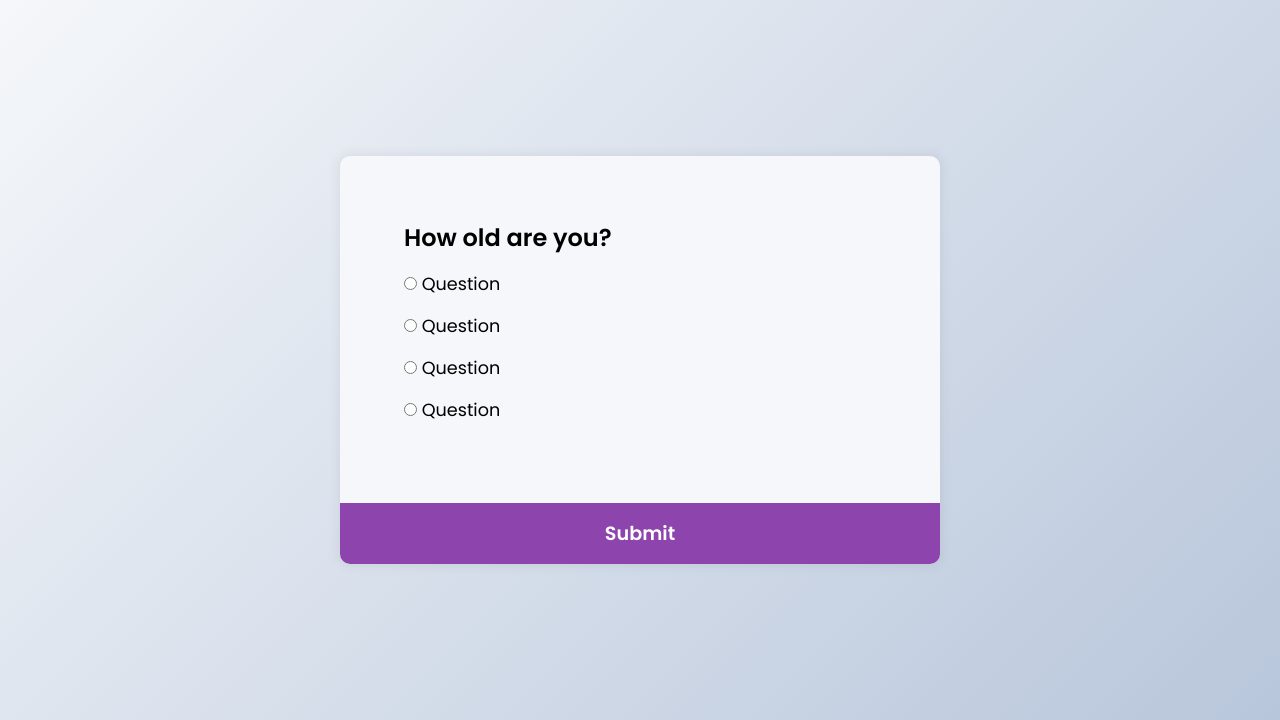
Repository: sevilgenysf/javascript-two
Page: index.html
These files come from the project's save history. The page is drawn as it stood at one moment and after the next save; the edit follows.
The browser window is 1280 px wide. The pictures show the whole page.

Above is the page before, as saved 2022-02-27 15:33:30.

After the next save:
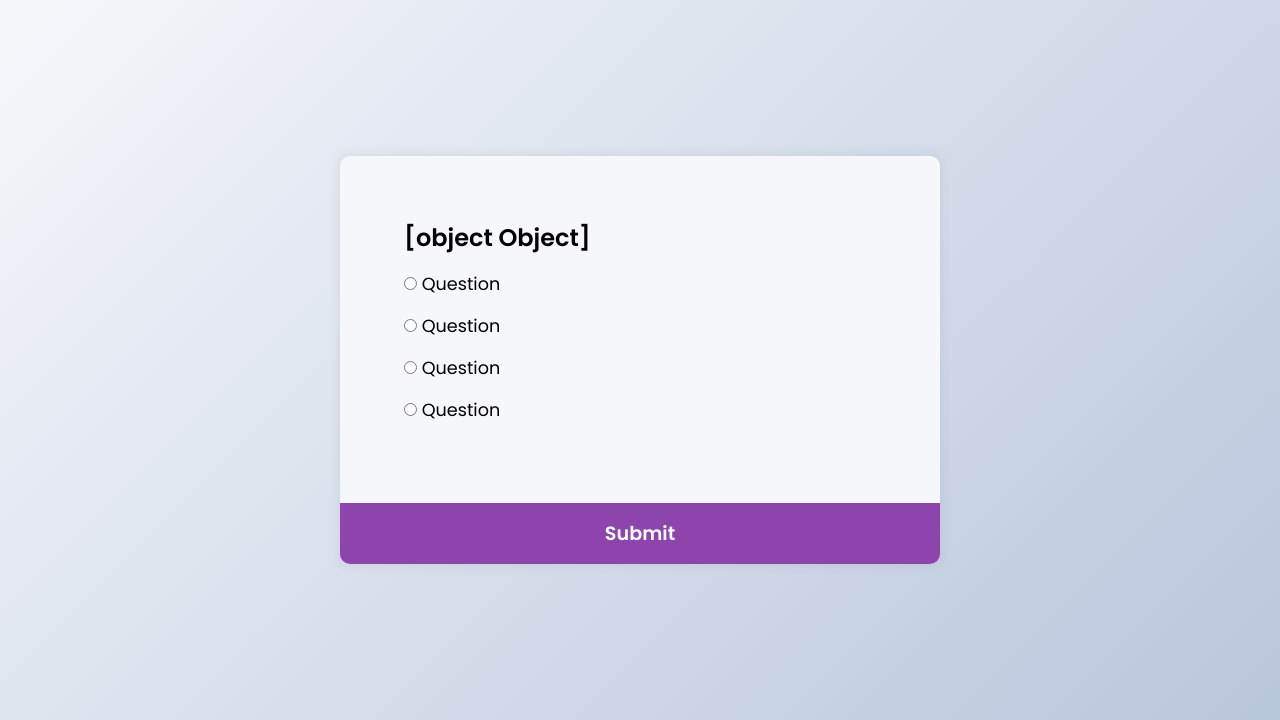
Saved 13 s later.
--- a/index.js
+++ b/index.js
@@ -53,6 +53,6 @@ loadQuiz();
 
 function loadQuiz() {
 	const currentQuizData = quizData[currentQuestion];
-	questionEl.innerHTML = quizData[currentQuestion].question;
+	questionEl.innerHTML = quizData[currentQuestion];
 	currentQuestion++;
 }
